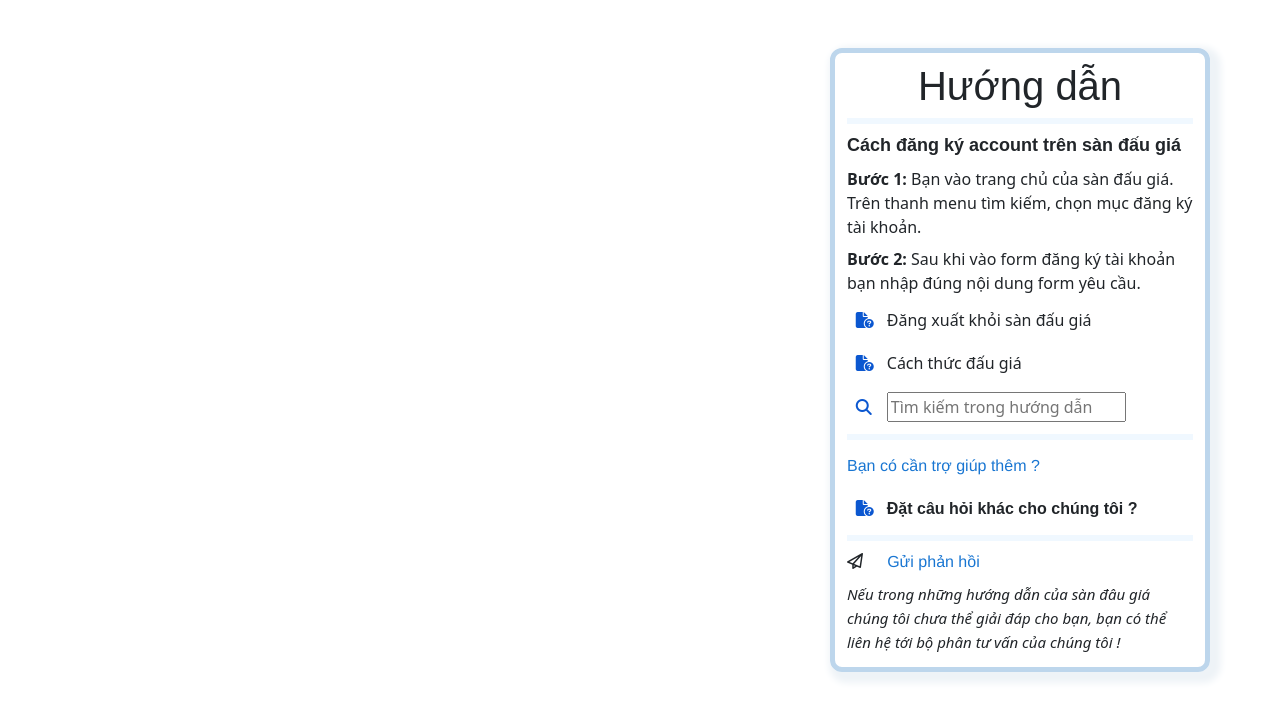
Repository: SonPhamThe/C0622G1-module5
Page: prototype--module6/guides/guide1.html
The author's editor kept a copy of each file at every save. The page is drawn from the files as they stood at one save, then again after the next save.
The browser window is 1280 px wide. The pictures show the whole page.
Some web libraries are served in a nearby version.

Above is the page before, as saved 2022-12-07 15:14:10.

### prototype--module6/guides/guide1.html
<!DOCTYPE html>
<html lang="en">
  <head>
    <meta charset="UTF-8" />
    <meta
      name="viewport"
      content="width=device-width, user-scalable=no, initial-scale=1.0, maximum-scale=1.0, minimum-scale=1.0"
    />
    <meta http-equiv="X-UA-Compatible" content="ie=edge" />
    <title>Trang chủ hướng dẫn</title>
    <link rel="stylesheet" href="guide1.css" />
    <link rel="icon" type="image/x-icon" href="favicon.ico" />

    <link
      rel="stylesheet"
      href="https://cdnjs.cloudflare.com/ajax/libs/font-awesome/6.2.1/css/all.min.css"
    />

    <link
      href="https://cdn.jsdelivr.net/npm/bootstrap@5.1.3/dist/css/bootstrap.min.css"
      rel="stylesheet"
      integrity="sha384-1BmE4kWBq78iYhFldvKuhfTAU6auU8tT94WrHftjDbrCEXSU1oBoqyl2QvZ6jIW3"
      crossorigin="anonymous"
    />
    <script
      src="https://cdn.jsdelivr.net/npm/bootstrap@5.1.3/dist/js/bootstrap.bundle.min.js"
      integrity="sha384-ka7Sk0Gln4gmtz2MlQnikT1wXgYsOg+OMhuP+IlRH9sENBO0LRn5q+8nbTov4+1p"
      crossorigin="anonymous"
    ></script>
    <link
      rel="stylesheet"
      href="https://cdnjs.cloudflare.com/ajax/libs/font-awesome/5.15.4/css/all.min.css"
    />
  </head>
  <body>
    <!--Khi chọn mục hướng dẫn trên navbar sẽ đổ modal xuống. Ở trang chủ hướng dẫn em tính làm gồm những phần:
      Cách đăng ký account,
      Thay đổi hoặc đặt lại mật khẩu của bạn,
      Quản lý mật khẩu, vv....
      Khi click một trong số option sẽ chuyển qua một form chứa nội dung của từng tiêu đề đó
     -->
    <div class="container mb-5 mt-5">
      <div class="row">
        <div class="col-lg-4"></div>
        <div class="col-lg-4"></div>
        <div class="boxed col-lg-4 shadow-md" style="height: 100% !important">
          <form>
            <div class="mt-1 text-center">
              <h1 style="font-family: sans-serif">Hướng dẫn</h1>
            </div>
            <div
              class="mb-2"
              style="height: 6px; background-color: aliceblue; width: 100%"
            ></div>
            <div class="mb-2">
              <label
                ><strong style="font-family: sans-serif; font-size: large"
                  >Cách đăng ký account trên sàn đấu giá</strong
                ></label
              >
            </div>
            <div class="mb-2">
              <span>
                <strong>Bước 1:</strong>
                Bạn vào trang chủ của sàn đấu giá. Trên thanh menu tìm kiếm,
                chọn mục đăng ký tài khoản.
              </span>
            </div>
            <div class="mb-2">
              <span>
                <strong>Bước 2:</strong>
              Sau khi vào form đăng ký tài khoản bạn nhập đúng nội dung form
              yêu cầu.
              </span>
            </div>
            <div class="mb-2">
              <i class="fa-solid fa-file-circle-question"></i>
              <label>Đăng xuất khỏi sàn đấu giá</label>
            </div>

            <div class="mb-2">
              <i class="fa-solid fa-file-circle-question"></i>
              <label>Cách thức đấu giá</label>
            </div>

            <div class="mb-2">
              <i class="fa-solid fa-magnifying-glass"></i>
              <input
                type="search"
                class="search"
                placeholder="Tìm kiếm trong hướng dẫn"
              />
            </div>
            <div
              class="mb-2"
              style="height: 6px; background-color: aliceblue; width: 100%"
            ></div>

            <div class="mb-2">
              <h6
                class="mt-3 mb-3"
                style="color: #1976d2; font-family: Helvetica"
              >
                Bạn có cần trợ giúp thêm ?
              </h6>
              <div class="mb-2">
                <i class="fa-solid fa-file-circle-question"></i>
                <label style="font-family: sans-serif"
                  ><strong>Đặt câu hỏi khác cho chúng tôi ?</strong></label
                >
              </div>
              <div
                class="mb-2"
                style="height: 6px; background-color: aliceblue; width: 100%"
              ></div>
              <div class="mb-2">
                <i class="fa-regular fa-paper-plane"></i>
                <label
                  style="
                    color: #1976d2;
                    font-family: Helvetica;
                    margin-left: 20px;
                  "
                >
                  Gửi phản hồi
                </label>
              </div>
            </div>
          </form>
          <div class="mb-2">
            <span style="font-size: 15px" class="fst-italic"
              >Nếu trong những hướng dẫn của sàn đâu giá chúng tôi chưa thể giải
              đáp cho bạn, bạn có thể liên hệ tới bộ phân tư vấn của chúng tôi
              !</span
            >
          </div>
        </div>

        <div class="col-lg-3"></div>
      </div>
    </div>
  </body>
  <script src="//ajax.googleapis.com/ajax/libs/jquery/1.9.1/jquery.min.js"></script>
  <script
    src="https://cdn.jsdelivr.net/npm/popper.js@1.12.9/dist/umd/popper.min.js"
    integrity="sha384-ApNbgh9B+Y1QKtv3Rn7W3mgPxhU9K/ScQsAP7hUibX39j7fakFPskvXusvfa0b4Q"
    crossorigin="anonymous"
  ></script>
</html>

### prototype--module6/guides/guide1.css
.boxed {
  width: 400px;
  height: 550px;
}

.boxed {
  border: 5px solid;
  border-image-slice: 1;
  border-color: rgb(189, 214, 236);
  padding: 5px;
  border-radius: 12px;
  background-color: transparent;
  box-shadow: 5px 5px 7px 6px  rgb(238, 243, 247);
}

.fa-solid {
  color: #0b57d0;
  height: 1.125rem;
  margin: 0.55rem;
  visibility: initial;
  width: 1.125rem;
}

After the next save:
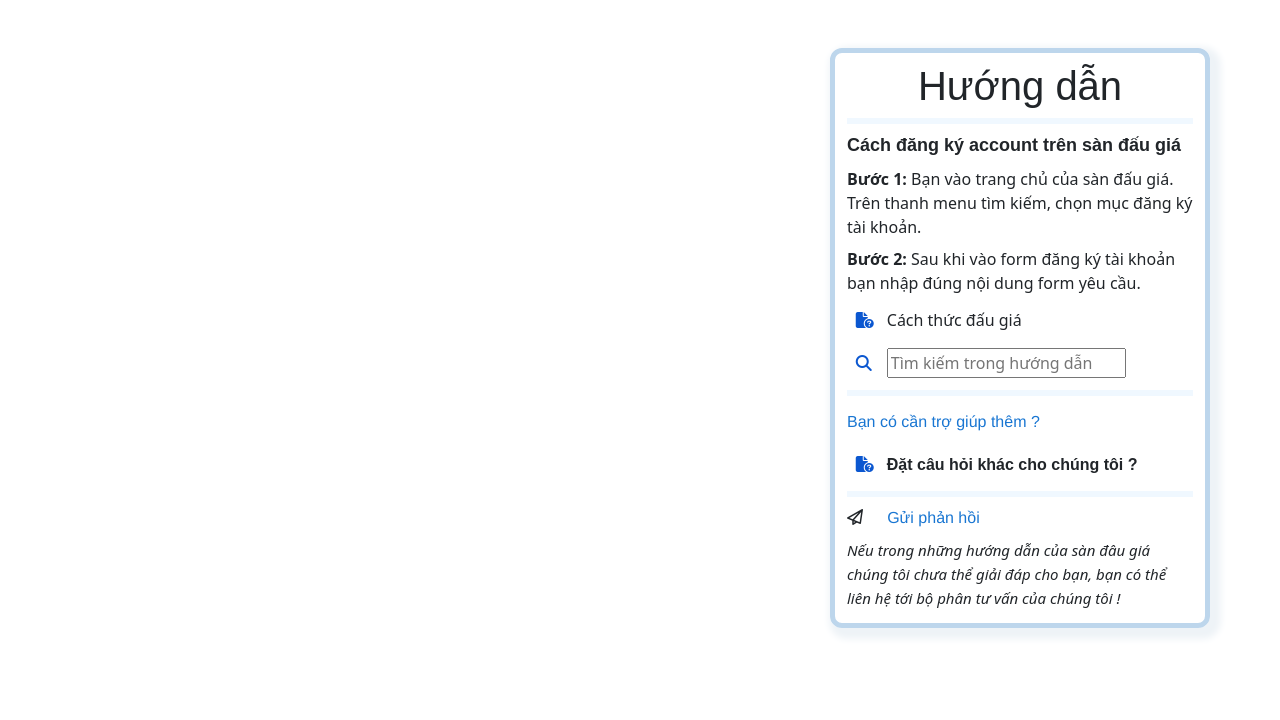
Saved 7 s later.
--- a/prototype--module6/guides/guide1.html
+++ b/prototype--module6/guides/guide1.html
@@ -74,8 +74,7 @@
               </span>
             </div>
             <div class="mb-2">
-              <i class="fa-solid fa-file-circle-question"></i>
-              <label>Đăng xuất khỏi sàn đấu giá</label>
+             <span>
             </div>
 
             <div class="mb-2">
